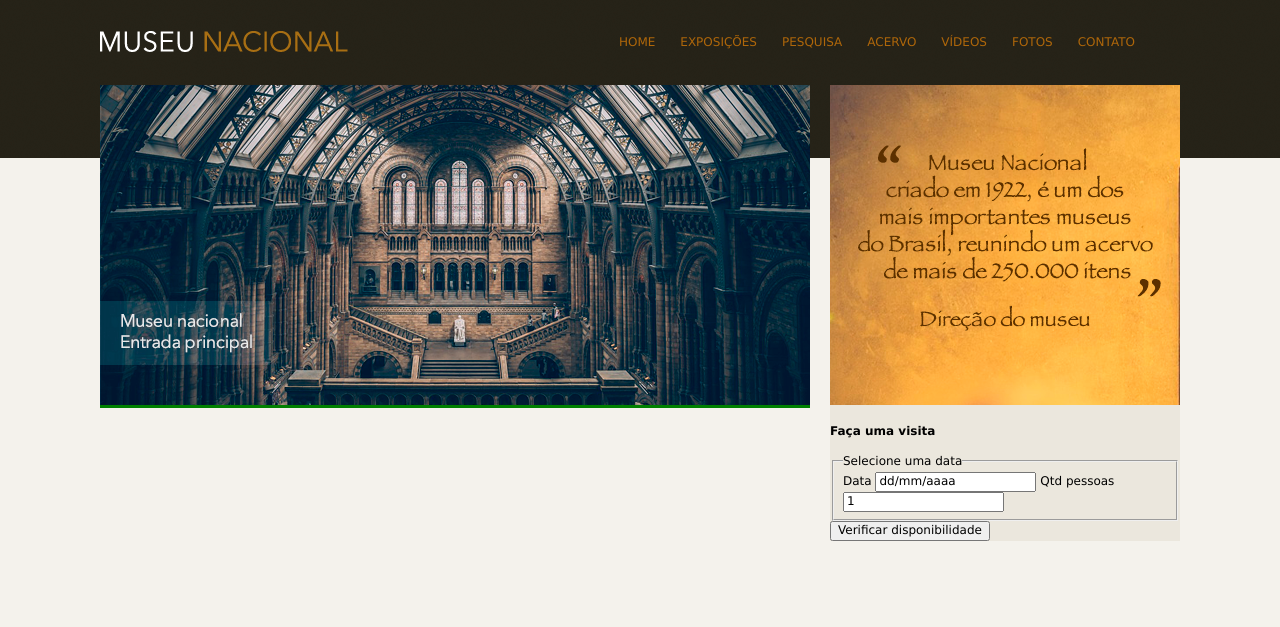
Repository: GustavoScopinho/Museu-Nacional
Page: index.html
These files come from the project's save history. The page is drawn as it stood at one moment and after the next save; the edit follows.
The browser window is 1280 px wide. The pictures show the whole page.

Above is the page before, as saved 2022-07-05 01:14:33.

After the next save:
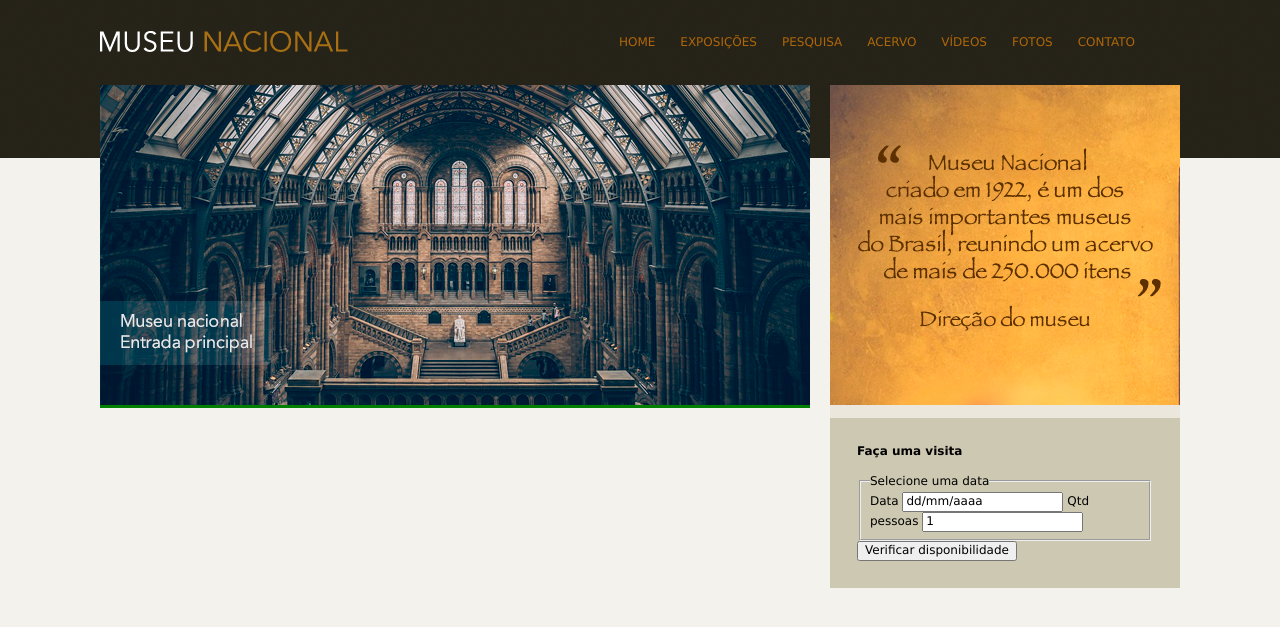
Saved 17 s later.
--- a/css/style.css
+++ b/css/style.css
@@ -71,7 +71,8 @@
   background: #ebe7dd;
 }
 
-section #visita {
+section#visita {
   background: #cdc8b1;
   padding: 10px 27px 27px 27px;
+  margin-top: 10px;
 }
